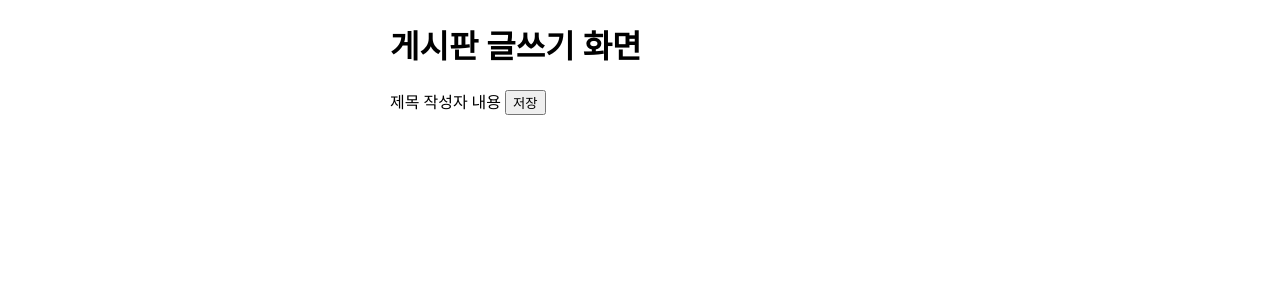
Repository: saysang22/servlet
Page: http://localhost/bbs/write.jsp
The author's editor kept a copy of each file at every save. The page is drawn from the files as they stood at one save, then again after the next save.
The browser window is 1280 px wide. The pictures show the whole page.
The page is served by Tomcat 10. Other server files are loaded and not shown.

Above is the page before, as saved 2024-06-05 01:38:46.

### bbs/src/main/webapp/write.jsp
<%@ page language="java" contentType="text/html; charset=UTF-8"
    pageEncoding="UTF-8"%>
<!DOCTYPE html>
<html>
<head>
<meta charset="UTF-8">
<title>글쓰기</title>
<style>
	.wrap {
		width: 500px;
		margin: 0 auto;
	}
</style>
</head>
<body>
	<div class="wrap">
		<h1>게시판 글쓰기 화면</h1>
		<form action="write.do" method="get">
			제목
			작성자
			내용
			<input type="submit" value="저장">
		</form>
	</div>
</body>
</html>

After the next save:
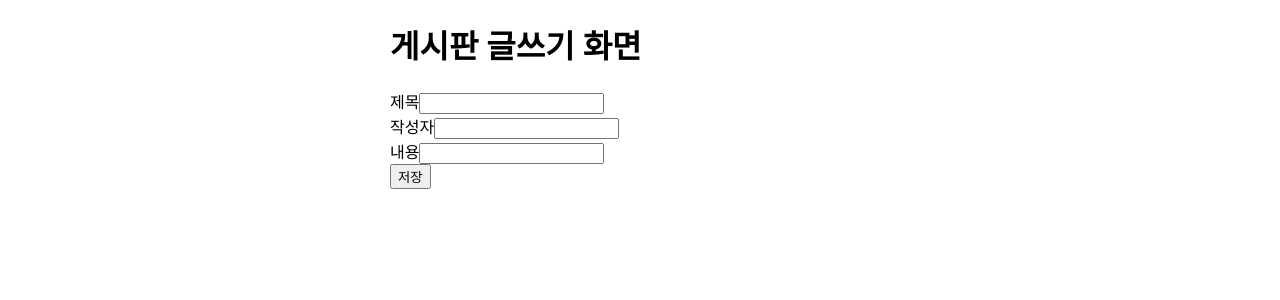
Saved 94 s later.
--- a/bbs/src/main/webapp/write.jsp
+++ b/bbs/src/main/webapp/write.jsp
@@ -15,10 +15,16 @@
 <body>
 	<div class="wrap">
 		<h1>게시판 글쓰기 화면</h1>
-		<form action="write.do" method="get">
-			제목
-			작성자
-			내용
+		<form action="write.do" method="post">
+			<div>
+				제목<input type="text" name="title">
+			</div>
+			<div>
+				작성자<input type="text" name="author">
+			</div>
+			<div>
+				내용<input type="text" name="content">
+			</div>
 			<input type="submit" value="저장">
 		</form>
 	</div>
